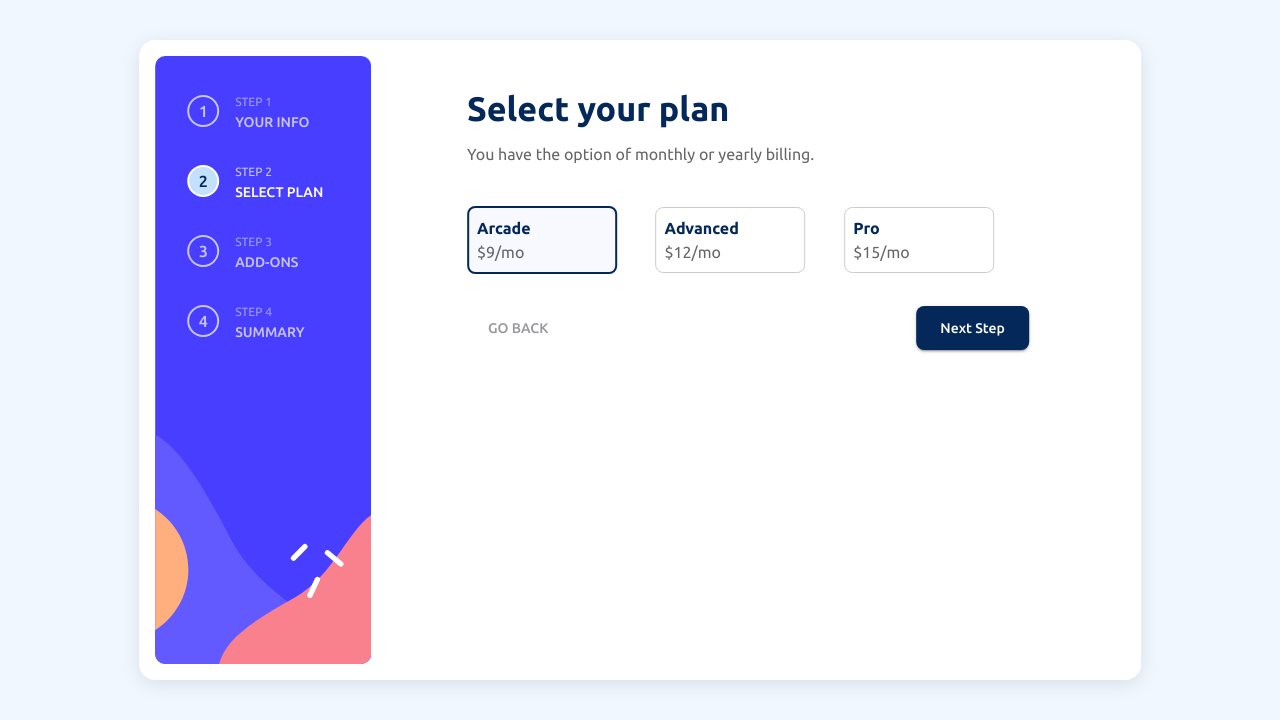
Repository: ozerrrs/chalange7days
Page: / (app in 7dayschalange/7dayschallange/), after clicking the first element matching `button.MuiButtonBase-root`
An editor plug-in stored every save of this project. The page is shown before and after the next save, followed by the edit.
The browser window is 1280 px wide. The pictures show the whole page.
The project was rebuilt for these pictures with package versions that can differ from the ones it lists, and the page was loaded fresh each time. Also part of the build but not shown: 7dayschalange/7dayschallange/vite.config.js.

Above is the page before, as saved 2025-03-05 15:33:28.

### 7dayschalange/7dayschallange/src/main.jsx
import * as React from "react";
import * as ReactDOM from "react-dom/client";
import { ThemeProvider } from "@mui/material/styles";
import { CssBaseline } from "@mui/material";
import theme from "./theme/theme";
import App from "./App";
import "./index.css";
ReactDOM.createRoot(document.getElementById("root")).render(
  <React.StrictMode>
    <ThemeProvider theme={theme}>
      <CssBaseline />
      <App />
    </ThemeProvider>
  </React.StrictMode>
);

### 7dayschalange/7dayschallange/src/theme/theme.jsx
import { createTheme } from "@mui/material/styles";

const theme = createTheme({
  typography: {
    fontFamily: "'Ubuntu', sans-serif",
    h4: {
      fontWeight: 700,
    },
    h2: {
      fontWeight: 500,
    },
  },
  components: {
    MuiCssBaseline: {
      styleOverrides: `
        body {
          background-color: #f0f7ff;
        }
      `,
    },
  },
});

export default theme;

### 7dayschalange/7dayschallange/src/App.jsx
import { Routes, Route, BrowserRouter } from "react-router-dom";
import FirstPage from "./pages/firstPage";
import "@fontsource/ubuntu/400.css"; // Regular
import "@fontsource/ubuntu/500.css"; // Medium
import "@fontsource/ubuntu/700.css"; // Bold
function App() {
  return (
    <BrowserRouter>
      <Routes>
        <Route path="/" element={<FirstPage />} />
        {/* <Route path="/about" element={<About />} />
          <Route path="/login" element={<Login />} />
          <Route path="/register" element={<Register />} /> */}
      </Routes>
    </BrowserRouter>
  );
}
export default App;

### 7dayschalange/7dayschallange/src/index.css
#root {
  height: 100vh;
  width: 100vw;
  background-color: #f0f7ff;
}

### 7dayschalange/7dayschallange/src/pages/firstPage.jsx
import React, { useState } from "react";
import {
  Box,
  TextField,
  Typography,
  Button,
  Stepper,
  Step,
  StepLabel,
  Paper,
  Container,
  Grid,
  CssBaseline,
  Radio,
  RadioGroup,
  FormControlLabel,
  FormControl,
} from "@mui/material";
import { styled, ThemeProvider } from "@mui/material/styles";
// Import the background image for the sidebar
import backgroundNav from "../assets/bg-sidebar-desktop.svg"; // Adjust the path as needed

const FormContainer = styled(Paper)(({ theme }) => ({
  padding: theme.spacing(2),
  borderRadius: 16,
  boxShadow: "0px 4px 20px rgba(0, 0, 0, 0.1)",
  display: "flex",
  overflow: "hidden",
  minWidth: 1000,
  minHeight: 640,
  margin: "0 auto",
  position: "absolute",
  top: "50%",
  left: "50%",
  transform: "translate(-50%, -50%)",
}));

const SideBar = styled(Box)(({ theme }) => ({
  padding: theme.spacing(4),
  borderRadius: "10px 10px 10px 10px",
  color: "white",
  width: 274,
  position: "relative",
  overflow: "hidden",
  background: "none",
  minHeight: 568,
}));

const ContentArea = styled(Box)(({ theme }) => ({
  paddingLeft: theme.spacing(12),
  paddingRight: theme.spacing(12),
  paddingTop: theme.spacing(4),
  paddingBottom: theme.spacing(4),
  width: "100%",
}));

const NextButton = styled(Button)(({ theme }) => ({
  backgroundColor: "#04285a",
  color: "white",
  borderRadius: 8,
  padding: "10px 24px",
  textTransform: "none", // This prevents uppercase text

  "&:hover": {
    backgroundColor: "#172b4d",
  },
}));

const StyledTextField = styled(TextField)(({ theme }) => ({
  marginBottom: theme.spacing(2),
  "& .MuiOutlinedInput-root": {
    borderRadius: "10px",
    "& fieldset": {
      borderRadius: "10px",
    },
  },
}));

const StepNumber = styled(Box)(({ theme, active }) => ({
  width: 32,
  height: 32,
  borderRadius: "50%",
  border: "2px solid white",
  display: "flex",
  alignItems: "center",
  justifyContent: "center",
  marginRight: theme.spacing(2),
  backgroundColor: active ? "#c3e0ff" : "transparent", // Blue background when active
  color: active ? "#04285a" : "white",
  fontWeight: 500,
}));

const StepItem = styled(Box)(({ theme, active }) => ({
  display: "flex",
  alignItems: "center",
  marginBottom: theme.spacing(3),
  opacity: active ? 1 : 0.7,
}));

const PlanCard = styled(Box)(({ theme, selected }) => ({
  padding: theme.spacing(1),
  borderRadius: 8,
  flex: 1,
  border: selected ? "2px solid #04285a" : "1px solid #ccc",
  backgroundColor: selected ? "#f8f9ff" : "transparent",
  cursor: "pointer",
  width: "150px",
  transition: "all 0.2s ease-in-out",
  display: "flex",
  "&:hover": {
    borderColor: "#04285a",
  },
}));

const steps = [
  { label: "YOUR INFO", description: "Personal details" },
  { label: "SELECT PLAN", description: "Choose your plan" },
  { label: "ADD-ONS", description: "Add extra features" },
  { label: "SUMMARY", description: "Review your order" },
];

function MultiStepForm() {
  const [activeStep, setActiveStep] = useState(0);
  const [formData, setFormData] = useState({
    name: "",
    email: "",
    phone: "",
    plan: "arcade", // Default plan
  });

  const handleInputChange = (e) => {
    const { name, value } = e.target;
    setFormData({
      ...formData,
      [name]: value,
    });
  };

  const handlePlanChange = (event) => {
    setFormData({
      ...formData,
      plan: event.target.value,
    });
  };

  const handleNext = () => {
    setActiveStep((prevActiveStep) => prevActiveStep + 1);
  };

  const handleBack = () => {
    setActiveStep((prevActiveStep) => prevActiveStep - 1);
  };

  const getStepContent = (step) => {
    switch (step) {
      case 0:
        return (
          <Box>
            <Typography
              variant="h4"
              gutterBottom
              fontWeight="bold"
              sx={{ color: "#04285a" }}
            >
              Personal info
            </Typography>
            <Typography color="textSecondary" paragraph>
              Please provide your name, email address, and phone number.
            </Typography>

            <Box mt={3}>
              <Typography fontWeight={500} mb={1} sx={{ color: "#04285a" }}>
                Name
              </Typography>
              <StyledTextField
                fullWidth
                placeholder="e.g. Stephen King"
                name="name"
                value={formData.name}
                onChange={handleInputChange}
                variant="outlined"
              />

              <Typography fontWeight={500} mb={1} sx={{ color: "#04285a" }}>
                Email Address
              </Typography>

              <StyledTextField
                fullWidth
                placeholder="e.g. stephenking@lorem.com"
                name="email"
                value={formData.email}
                onChange={handleInputChange}
                variant="outlined"
              />

              <Typography fontWeight={500} mb={1} sx={{ color: "#04285a" }}>
                Phone Number
              </Typography>

              <StyledTextField
                fullWidth
                placeholder="e.g. +1 234 567 890"
                name="phone"
                value={formData.phone}
                onChange={handleInputChange}
                variant="outlined"
                sx={{ mb: 8 }}
              />
            </Box>
          </Box>
        );
      case 1:
        return (
          <Box>
            <Typography
              variant="h4"
              gutterBottom
              fontWeight="bold"
              sx={{ color: "#04285a" }}
            >
              Select your plan
            </Typography>
            <Typography color="textSecondary" paragraph>
              You have the option of monthly or yearly billing.
            </Typography>

            <FormControl component="fieldset" sx={{ width: "100%", mt: 3 }}>
              <RadioGroup
                aria-label="plan"
                name="plan"
                value={formData.plan}
                onChange={handlePlanChange}
                sx={{ display: "flex", flexDirection: "row", gap: 0.5 }}
              >
                <FormControlLabel
                  value="arcade"
                  control={<Radio sx={{ display: "none" }} />}
                  label={
                    <PlanCard selected={formData.plan === "arcade"}>
                      <Box sx={{ width: "100%" }}>
                        <Typography fontWeight="bold" sx={{ color: "#04285a" }}>
                          Arcade
                        </Typography>
                        <Typography color="textSecondary">$9/mo</Typography>
                      </Box>
                    </PlanCard>
                  }
                  sx={{ margin: 0, flex: 1, width: "100%" }}
                />

                <FormControlLabel
                  value="advanced"
                  control={<Radio sx={{ display: "none" }} />}
                  label={
                    <PlanCard selected={formData.plan === "advanced"}>
                      <Box sx={{ width: "100%" }}>
                        <Typography fontWeight="bold" sx={{ color: "#04285a" }}>
                          Advanced
                        </Typography>
                        <Typography color="textSecondary">$12/mo</Typography>
                      </Box>
                    </PlanCard>
                  }
                  sx={{ margin: 0, flex: 1, width: "100%" }}
                />

                <FormControlLabel
                  value="pro"
                  control={<Radio sx={{ display: "none" }} />}
                  label={
                    <PlanCard selected={formData.plan === "pro"}>
                      <Box sx={{ width: "100%" }}>
                        <Typography fontWeight="bold" sx={{ color: "#04285a" }}>
                          Pro
                        </Typography>
                        <Typography color="textSecondary">$15/mo</Typography>
                      </Box>
                    </PlanCard>
                  }
                  sx={{ margin: 0, flex: 1, width: "100%" }}
                />
              </RadioGroup>
            </FormControl>
          </Box>
        );
      case 2:
        return (
          <Box>
            <Typography
              variant="h4"
              gutterBottom
              fontWeight="bold"
              sx={{ color: "#04285a" }}
            >
              Pick add-ons
            </Typography>
            <Typography color="textSecondary" paragraph>
              Add-ons help enhance your gaming experience.
            </Typography>
          </Box>
        );
      case 3:
        return (
          <Box>
            <Typography
              variant="h4"
              gutterBottom
              fontWeight="bold"
              sx={{ color: "#04285a" }}
            >
              Summary
            </Typography>
            <Typography color="textSecondary" paragraph>
              Please confirm your selections.
            </Typography>
            <Box sx={{ mt: 2, p: 2, bgcolor: "#f8f9ff", borderRadius: 2 }}>
              <Typography fontWeight="bold" sx={{ color: "#04285a" }}>
                Selected Plan:{" "}
                {formData.plan.charAt(0).toUpperCase() + formData.plan.slice(1)}
              </Typography>
            </Box>
          </Box>
        );
      default:
        return "Unknown step";
    }
  };

  return (
    <FormContainer>
      <SideBar>
        <Box
          sx={{
            position: "absolute",
            top: 0,
            left: 0,
            width: "100%",
            height: "100%",
            zIndex: 0,
          }}
        >
          <img
            src={backgroundNav}
            alt="background"
            style={{ width: "100%", height: "100%", objectFit: "cover" }}
          />
        </Box>
        <Box sx={{ position: "relative", zIndex: 1 }}>
          {steps.map((step, index) => (
            <StepItem key={index} active={activeStep === index}>
              <StepNumber active={activeStep === index}>{index + 1}</StepNumber>

              <Box>
                <Typography variant="caption" sx={{ opacity: 0.7 }}>
                  STEP {index + 1}
                </Typography>
                <Typography variant="subtitle2">{step.label}</Typography>
              </Box>
            </StepItem>
          ))}
        </Box>
      </SideBar>

      <ContentArea>
        {getStepContent(activeStep)}

        <Box sx={{ display: "flex", justifyContent: "flex-end", mt: 4 }}>
          {activeStep !== 0 && (
            <Button onClick={handleBack} sx={{ mr: 45, color: "#99989d" }}>
              Go Back
            </Button>
          )}
          <NextButton variant="contained" onClick={handleNext}>
            Next Step
          </NextButton>
        </Box>
      </ContentArea>
    </FormContainer>
  );
}

export default MultiStepForm;

Loaded but not shown: 7dayschalange/7dayschallange/index.html (common file)

After the next save:
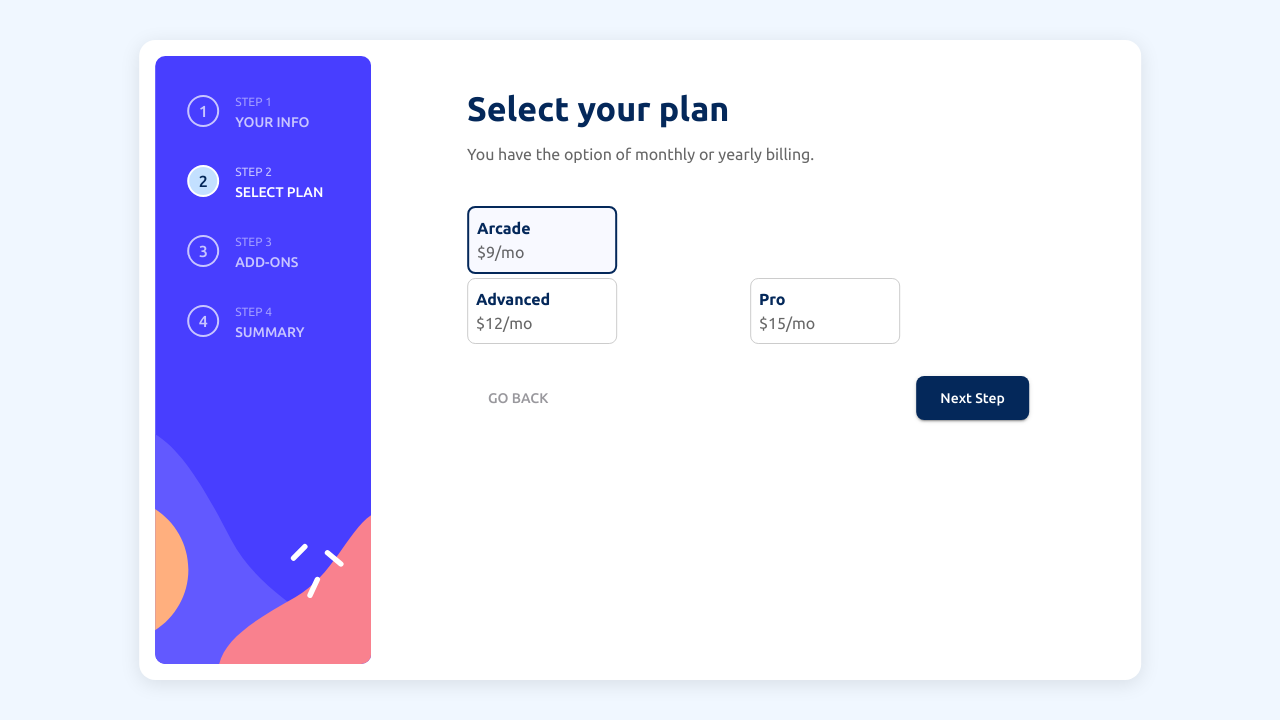
Saved 18 s later.
--- a/7dayschalange/7dayschallange/src/pages/firstPage.jsx
+++ b/7dayschalange/7dayschallange/src/pages/firstPage.jsx
@@ -246,7 +246,7 @@ function MultiStepForm() {
                       </Box>
                     </PlanCard>
                   }
-                  sx={{ margin: 0, flex: 1, width: "100%" }}
+                  sx={{ margin: 0, width: "100%" }}
                 />
 
                 <FormControlLabel
